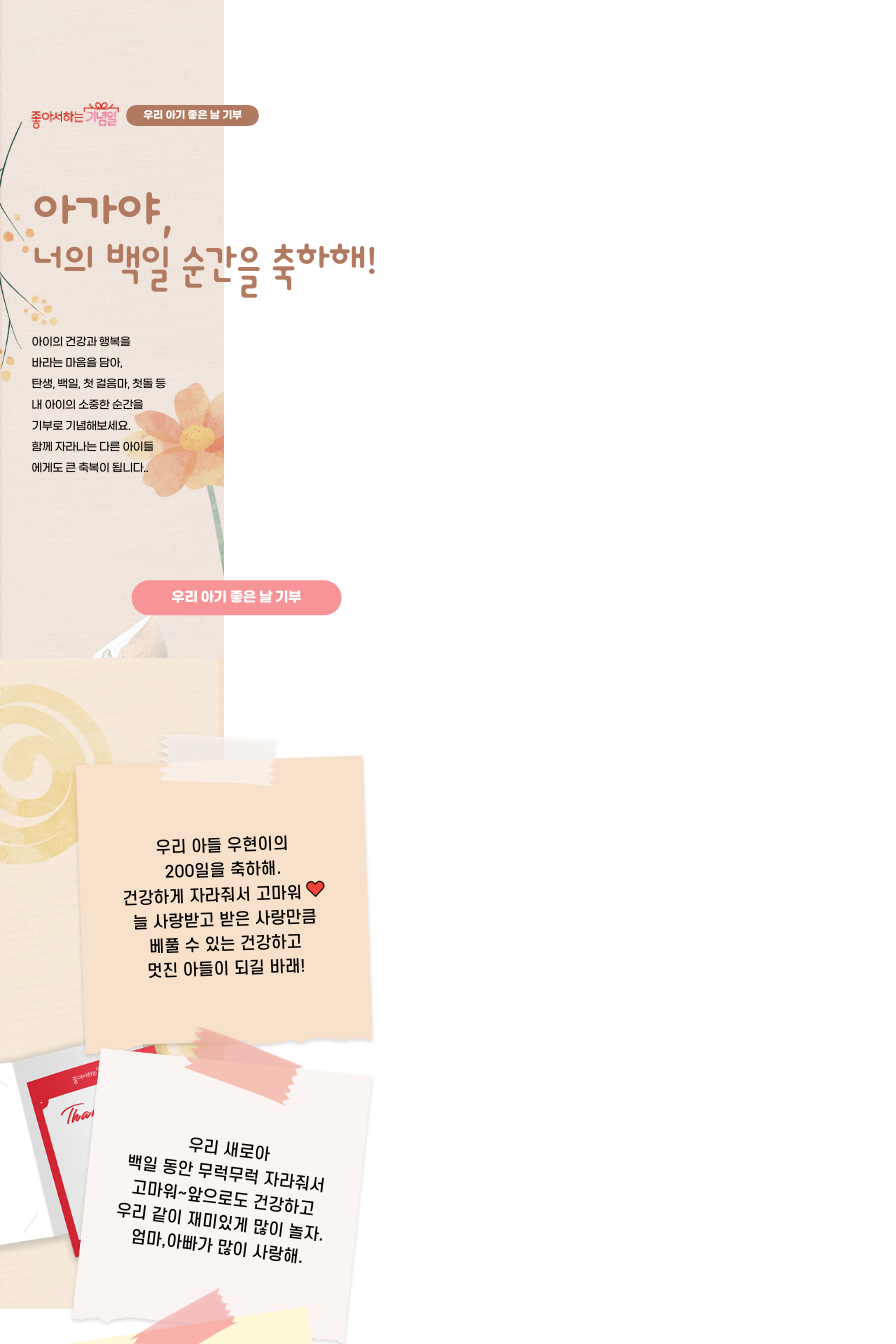
Repository: dlgywls1130/save_the_m320
Page: index.html
An editor plug-in stored every save of this project. The page is shown before and after the next save, followed by the edit.
The browser window is 1280 px wide. The pictures show the part of the page from y = 0 to 1920 px (the page is 9980 px tall before and 10040 px after), at 70% of full size.

Above is the page before, as saved 2023-12-13 21:03:17.

### index.html
<!DOCTYPE html>
<html lang="en">
<head>
    <meta charset="UTF-8">
    <meta name="viewport" content="width=device-width, initial-scale=1.0">
    <title>세이브더칠드런</title>

    <link rel="stylesheet" href="./css/reset.css">
    <link rel="stylesheet" href="./css/style.css">

</head>
<body>
    <div class="content_body">
        <section class="section_wrapper section01">
            <div class="se01 se_wrapper">
                <div class="se01_sub">
                    <div class="sub_logo">
                        <img src="./img/logo01.png" alt="logo">
                    </div>
                    <p>우리 아기 좋은 날 기부</p>
                </div>
                <p class="seo01_title">
                    아가야,
                </p>
                <p class="seo01_title_two">
                    너의 <span id="rollingText">탄생</span> 순간을 축하해!
                </p>
                <p class="section_descript mb-45">
                    아이의 건강과 행복을
                    <br>바라는 마음을 담아,
                    <br>탄생, 백일, 첫 걸음마, 첫돌 등
                    <br>내 아이의 소중한 순간을
                    <br>기부로 기념해보세요.
                    <br>함께 자라나는 다른 아이들
                    <br>에게도 큰 축복이 됩니다..
                </p>

                <a class="donation_link" href="javascript:void(0)">우리 아기 좋은 날 기부</a>
            </div>
        </section>
        <section class="section_wrapper section02">
            <div class="se02 se_wrapper">
                <div class="postit_wrapper">
                    <div class="postit postit01">
                        <p>우리 아들 우현이의<br>
                        200일을 축하해.<br>
                        <span>건강하게 자라줘서 고마워 <img src="./img/heart.png"></span>
                        늘 사랑받고 받은 사랑만큼<br>
                        베풀 수 있는 건강하고<br>
                        멋진 아들이 되길 바래!</p>
                    </div>
                    <div class="postit postit02">
                        <p>우리 새로아<Br>
                        백일 동안 무럭무럭 자라줘서<Br>
                        고마워~앞으로도 건강하고<Br>
                        우리 같이 재미있게 많이 놀자.<Br>
                        엄마,아빠가 많이 사랑해.</p>
                    </div>

                    <div class="postit postit05">
                        <p>사랑하는 도현이의<br>
                        첫 어린이날과 첫돌을<br>
                        기념하며, <br>
                        이웃을 사랑하는<br>
                        멋진 사람으로 자라길</p>

                    </div>
                    <div class="postit postit04">
                        <p>보미야<br>
                        첫 번째 생일 축하해<br>
                        너의 존재가 온 세상에<br>
                        봄이길 바랄게!   </p>
                    </div>

                    <div class="postit postit03">
                        <p>서진아<br>
                        우리에게 와줘서 고마워<br>
                        건강하고 행복하게 자라렴.<br>
                        사랑해♡      </p>
                    </div>

                </div>

            </div>
        </section>
        <section class="section_wrapper section03">
            <div class="se_wrapper se03">
                <div class="se_title_co">
                    아기의 좋은 날을<br> 기념해 주신 모든 분들께
                    <br>후원감사증서를 보내드립니다.
                </div>
                <div class="se_sub_co">
                    후원감사증서는<Br> 아기에게 남기고 싶은 메시지와 아기의 좋은 날이 담긴 사진을<br> 보관할 수 있도록
                    만들어드립니다.<br> 먼 훗날, 아기가 성장해 읽게 될 날을 그리며 편지를 써보세요.
                </div>
            </div>

        </section>
        <section class="section_wrapper section04">
            <div class="se_wrapper se04">
                <div class="se_title_co">
                    이름 자수 순면거즈블랭킷
                </div>
                <div class="se_sub_co">
                    30만원 이상 후원하신 분들께는 순면 거즈 아기 블랭킷(90*110)에
                    <Br>원하시는 이름(영문)을 예쁘게 수놓아 드립니다.
                </div>

                <div class="se04_slide mt-85">
                    <div class="se04_slide_list">
                        <img src="./img/slide03.jpg">
                    </div>
                    <div class="se04_slide_list">
                        <img src="./img/slide02.jpg">
                    </div>
                    <div class="se04_slide_list">
                        <img src="./img/slide01.jpg">
                    </div>
                </div>
            </div>
        </section>
        <section class="section_wrapper section05">
            <div class="se_wrapper se05">
                <div class="se_title_co">
                    후원신청 과정
                </div>


                <div class="se_sub_co">
                    30만원 이상 후원해 주신 경우,
                    <br>감사 선물 수령 주소 및 아기 블랭킷에 새겨질 문구 확인을 위한 문자가 발송됩니다.
                </div>

                <div class="se_step_list">
                    <div class="se_step">
                        <p class="step_number">1</p>
                        <div class="step_ico">
                            <img src="./img/icon01.png" alt="img">
                        </div>
                        <p class="step_descript">
                            후원신청하기
                        </p>
                    </div>
                    <div class="se_step">
                        <p class="step_number">2</p>
                        <div class="step_ico">
                            <img src="./img/icon02.png" alt="img">
                        </div>
                        <p class="step_descript">
                            후원감사증서
                            메시지 적기
                        </p>
                    </div>
                </div>
                <div class="se_step_list">
                    <div class="se_step">
                        <p class="step_number">3</p>
                        <div class="step_ico">
                            <img src="./img/icon03.png" alt="img">
                        </div>
                        <p class="step_descript">
                            신청완료
                        </p>
                    </div>
                    <div class="se_step">
                        <p class="step_number">4</p>
                        <div class="step_ico">
                            <img src="./img/icon04.png" alt="img">
                        </div>
                        <p class="step_descript">
                            후원감사증서 발송
                            (1주 이내)
                        </p>
                    </div>
                </div>


                <a class="donation_link" href="javascript:void(0)">우리 아기 좋은 날 기부</a>
            </div>

        </section>
        <section class="section_wrapper section06">
            <div class="se_wrapper se06">
                <div class="se_title_co">
                    후원금, 이렇게 쓰여요!
                </div>
                <div class="se_sub_co">
                    세이브더칠드런은 <Br><span>국내외 아동을 위한 교육,
                    <Br>보호, 보건영양지원,<Br> 아동권리옹호</span> 등의<Br> 활동을 해나가고 있습니다.
                </div>
                <div class="se_sub_co">
                    보내주신 후원금은<Br> 정치, 종교, 인종에 관계없이<Br> 모든 아이를 구해야 한다는
                    <Br>세이브더칠드런의 신념에 따라 <Br><span>가장 도움 필요한 아이를 위해 우선 사용</span>됩니다.
                </div>
            </div>

        </section>
        <section class="section_wrapper section07">
            <div class="se_wrapper se07">
                <div class="se_title_co">
                    FAQ
                </div>
                <div class="accordion">
                    <div class="accordion-item">
                        <h3 class="title">
                            <span>1. 30만원 이상 후원했습니다. <br>거즈 순면 블랭킷은 언제 오나요?</span>
                            <img src="./img/top.png">
                        </h3>
                        <p class="paragraph">
                            우리아기 축하기부로 30만원 이상 후원자님들께는 담요에 수놓을 아기 이름과
                            선물 수령 주소 확인을 위한 문자가 발송됩니다.
                            02-6900-4479로 발송되는 문자 속 설문조사에 답해주세요.
                            확인을 완료하신 분들께는 블랭킷 제작을 담당하고 있는 조니 스튜디오에서
                            아기 이름 자수 작업 완료 후 배송해 드립니다.

                        </p>
                    </div>
                    <div class="accordion-item">
                        <h3 class="title">
                            <span>2. 거즈 순면 블랭킷, 안전한 제품인가요?</span>
                            <img src="./img/top.png">
                        </h3>
                        <p class="paragraph">
                            본 블랭킷은 워싱된 3중 거즈로 제작되었으며, KC안전검사를 완료하였습니다.
                            소재 특성상 섬유 조각이 발생할 수 있어 망에 넣지 않고 3번 정도 물빨래 하시는 것을 권장합니다.

                        </p>
                    </div>
                    <div class="accordion-item">
                        <h3 class="title">
                            <span>3. 거즈 순면 블랭킷을 받았는 데 하자가 있어요. <Br>어떻게 해야 하나요? </span>
                            <img src="./img/top.png">
                        </h3>
                        <p class="paragraph">
                            070-4220-4123 (조니스튜디오 CS)로 전화 연락 부탁드립니다. 하자 물품에 대한 교환은 수령일로부터 7일 이내에 조니스튜디오에 연락해주셔야 하며, 이로 인한 후원금 환불은 어렵습니다.
                        </p>
                    </div>
                    <div class="accordion-item">
                        <h3 class="title">
                            <span>4. 후원감사증서에 넣을 수 있는 사진 사이즈는 <Br>얼마인가요?</span>
                            <img src="./img/top.png">
                        </h3>
                        <p class="paragraph">
                            사진 인화 사이즈 5*7 인치에 맞추어서 제작되었습니다.  그보다 작은 사진일 경우, 후원감사증서
                            내부의 주머니에 넣어 보관하실 수도  있습니다.

                        </p>
                    </div>
                </div>
            </div>

        </section>
        <section class="section_wrapper section08">
            <div class="se_wrapper se08">
                <div class="se08_postion">
                    <p class="se08_title">우리 아기 좋은 날 기부</p>
                    <p class="se08_descript">
                        탄생, 백일, 첫 걸음마, 첫돌...
                        <br>소중한 우리 아기의 성장을 기념해 보세요!
                        <br>아기의 좋은 날이 모여 세상의 행복이 됩니다.
                    </p>
                    <a href="javascript:void(0)" class="more_btn">
                        <p>자세히보기</p>
                        <svg xmlns="http://www.w3.org/2000/svg" width="16" height="16" fill="currentColor" class="bi bi-chevron-right" viewBox="0 0 16 16">
                            <path fill-rule="evenodd" d="M4.646 1.646a.5.5 0 0 1 .708 0l6 6a.5.5 0 0 1 0 .708l-6 6a.5.5 0 0 1-.708-.708L10.293 8 4.646 2.354a.5.5 0 0 1 0-.708z"/>
                        </svg>
                    </a>
                </div>

            </div>
        </section>
    </div>

    <script src="https://ajax.googleapis.com/ajax/libs/jquery/1.12.4/jquery.min.js"></script>
    <script src="./js/main.js"></script>
</body>
</html>

### css/reset.css


html, body, div, span, applet, object, iframe,
h1, h2, h3, h4, h5, h6, p, blockquote, pre,
a, abbr, acronym, address, big, cite, code,
del, dfn, em, img, ins, kbd, q, s, samp,
small, strike, strong, sub, sup, tt, var,
b, u, i, center,
dl, dt, dd, ol, ul, li,
fieldset, form, label, legend,
table, caption, tbody, tfoot, thead, tr, th, td,
article, aside, canvas, details, embed,
figure, figcaption, footer, header, hgroup,
menu, nav, output, ruby, section, summary,
time, mark, audio, video {
	margin: 0;
	padding: 0;
	border: 0;
	font-size: 100%;
	font: inherit;
	vertical-align: baseline;
}

article, aside, details, figcaption, figure,
footer, header, hgroup, menu, nav, section {
	display: block;
}
body {
	line-height: 1;
}
ol, ul {
	list-style: none;
}
blockquote, q {
	quotes: none;
}
blockquote:before, blockquote:after,
q:before, q:after {
	content: '';
	content: none;
}
table {
	border-collapse: collapse;
	border-spacing: 0;
}

### css/style.css

/* root */
:root{
    --main-color:#B17A60;
    --pink-color:#F79497;
}


/* font */

/* dongle */
@font-face {
    font-family: 'Dongle';
    font-weight: 300;
    src: url('../font/Dongle-Light.ttf') format('ttf'),
    url('../font/Dongle-Light.woff') format('woff');
}

@font-face {
    font-family: 'Dongle';
    font-weight: 500;
    src: url('../font/Dongle-Regular.ttf') format('ttf'),
    url('../font/Dongle-Regular.woff') format('woff');
}

@font-face {
    font-family: 'Dongle';
    font-weight: 700;
    src: url('../font/Dongle-Bold.ttf') format('ttf'),
    url('../font/Dongle-Bold.woff') format('woff');
}


/* Gmarket */
@font-face {
    font-family: 'GmarketSans';
    font-weight: 300;
    src: url('../font/GmarketSansLight.ttf') format('ttf'),
    url('../font/GmarketSansLight.woff') format('woff');
}

@font-face {
    font-family: 'GmarketSans';
    font-weight: 500;
    src: url('../font/GmarketSansMedium.ttf') format('ttf'),
    url('../font/GmarketSansMedium.woff') format('woff');
}

@font-face {
    font-family: 'GmarketSans';
    font-weight: 700;
    src: url('../font/GmarketSansBold.ttf') format('ttf'),
    url('../font/GmarketSansBold.woff') format('woff');
}


/* nanumsqure */

@font-face {
    font-family: 'NanumSquare';
    font-weight: 400;
    src: url('../font/NanumSquareL.ttf') format('ttf'),
    url('../font/NanumSquareL.woff') format('woff');
}

@font-face {
    font-family: 'NanumSquare';
    font-weight: 500;
    src: url('../font/NanumSquareR.ttf') format('ttf'),
    url('../font/NanumSquareR.woff') format('woff');
}

@font-face {
    font-family: 'NanumSquare';
    font-weight: 600;
    src: url('../font/NanumSquareB.ttf') format('ttf'),
    url('../font/NanumSquareB.woff') format('woff');
}

@font-face {
    font-family: 'NanumSquare';
    font-weight: 700;
    src: url('../font/NanumSquareEB.ttf') format('ttf'),
    url('../font/NanumSquareEB.woff') format('woff');
}



/* scdream5 */
@font-face {
    font-family: 'SCDream5';
    src: url('../font/SCDream5.woff') format('woff'),
    url('../font/SCDream5.ttf') format('ttf'),
    url('../font/SCDream5.otf') format('otf');
}


.section_wrapper{
    max-width:640px;
    width: 100%;

}

.se_wrapper{
    max-width: 640px;
    width: 100%;
    position: relative;
    box-sizing: border-box;
}


/* section01 */


.section01{
    background: url('../img/back01.jpg') no-repeat;
    height: 940px;

}

.se01{
    padding: 145px 10px 92px 45px;
    box-sizing: border-box;
}
.se01_sub{
    display: flex;
    align-items: center;
    margin-bottom: 70px;
}

.sub_logo{
    width: 125px;
    height: 40px;
    margin-right: 10px;
}

.sub_logo img{
    width: 100%;
    height: 100%;
    object-fit: contain;
}

.se01_sub p{
    width: 190px;
    height: 30px;
    background: #B17A60;
    border-radius: 15px;
    display: flex;
    align-items: center;
    justify-content: center;
    letter-spacing: -0.03em;
    font-size: 15px;
    font-weight: 700;
    font-family: 'GmarketSans',sans-serif;
    color: #fff;
}

.seo01_title{
    font-family: 'Dongle',sans-serif;
    font-weight: 500;
    font-size: 120px;
    color: var(--main-color);
    letter-spacing: -0.03em;
}

.seo01_title_two{
    font-family: 'Dongle',sans-serif;
    font-weight: 500;
    font-size: 90px;
    color: var(--main-color);
    letter-spacing: -0.03em;
    margin-top: -7%;
    margin-bottom: 50px;
    display: flex;
    align-items: center;
    white-space: nowrap;
}

.seo01_title_two span{
    margin: 0 1rem;
}
.section_descript{
    font-size: 20x;
    line-height: 30px;
    font-family: 'GmarketSans';
    font-weight: 500;
    letter-spacing: -0.03em;
    color: #000;
}

.donation_link{
    width: 300px;
    height: 50px;
    border-radius: 100px;
    display: flex;
    align-items: center;
    justify-content: center;
    background: var(--pink-color);
    color: #fff;
    font-family: 'GmarketSans';
    font-size: 20px;
    font-weight: 700;
    letter-spacing: -0.03em;
    text-decoration: none;
    margin: 145px auto 0;
}


@keyframes roll {
    from {
        transform: translateY(40%);
        opacity: 0;
    }
    to {
        transform: translateY(0);
        opacity: 1;
    }
  }


  #rollingText.animate-text {
    animation: roll 0.5s ease-in-out;
}

/* section02 */

.section02{
    height: 2800px;
    background: url('../img/back02.jpg') no-repeat;
}

.se02{
    box-sizing: border-box;
    height: 100%;
}
.postit_wrapper{
    width: 100%;
    padding: 76px 60px 96px;
    position: relative;
    display: flex;
    flex-direction: column;
    align-items: center;
    box-sizing: border-box;
}

.ex_text{
    font-family: 'GmarketSans';
    font-size: 20px;
    font-weight: 500;
    letter-spacing: -0.03em;
}


.postit p img{
    width: 26px;
    height: 26px;
    object-fit: contain;
}
.postit p{
    font-family: 'SCDream5';
    font-size: 23px;
    line-height: 35px;
    text-align: center;
    display: flex;
    justify-content: center;
    align-items: center;
    flex-direction: column;
    height: 100%;
}

.postit01{
    background:url('../img/post04.png') no-repeat;
    width: 520px;
    height: 520px;
    background-size: contain;
    box-sizing: border-box;
}

.postit01 p{
    transform: rotate(358deg);
    padding-top: 20px;
}

.postit02{
    background: url('../img/post05.png') no-repeat;
    width: 510px;
    height: 510px;
    background-size: contain;
    box-sizing: border-box;
    margin-top: -19%;
}

.postit02 p{
    transform: rotate(7deg);
    padding-top: 20px;
}

.postit03{
    background:url('../img/post02.png') no-repeat;
    width: 459px;
    height: 459px;
    background-size: contain;
    box-sizing: border-box;
    margin-top: -25%;
    transform: rotate(-14deg);
}

.postit03 p{
    transform: rotate(-7deg);
    padding-top: 20px;
}

.postit04{
    background: url(../img/post03.png) no-repeat;
    width: 440px;
    height: 440px;
    background-size: cover;
    box-sizing: border-box;
    margin-top: -24%;
    transform: rotate(14deg);
}

.postit04 p{
    transform: rotate(7deg);
}

.postit05{
    background:url('../img/post01.png') no-repeat;
    width: 460px;
    height: 460px;
    background-size: contain;
    box-sizing: border-box;
    margin-top: -22%;
}

.postit05 p{
    transform: rotate(-9deg);
    padding-top: 20px;
}

/* section03 */

.section03{
    height: 1200px;
    background: url('../img/back03.jpg') no-repeat;
}

.se03{
    padding: 200px 60px 96px;
    box-sizing: border-box;
    height: 100%;
}


.se_title_co{
    font-size: 80px;
    line-height: 80px;
    letter-spacing: -0.03em;
    font-family: 'Dongle';
    font-weight: 500;
    color: var(--main-color);
    text-align: center;
}

.se_sub_co{
    font-size: 20px;
    letter-spacing: -0.03em;
    line-height: 30px;
    font-family: 'GmarketSans';
    font-weight: 500;
    text-align: center;
    margin-top: 30px;
}

/* section04 */

.section04{
    height: 1740px;
    background: url('../img/back04.jpg') no-repeat;
}

.se04{
    padding: 80px 0 130px;
    box-sizing: border-box;
    height: 100%;
}

.se04_slide{
    margin: 60px auto 0;
    padding: 0 60px;
}


.se04_slide_list{
    width: 520px;
    height: 440px;
    border-radius: 9px;
    margin-bottom: 25px;
}

.se04_slide_list img{
    width:100%;
height: 100%;
object-fit: cover;
border-radius: 15px;
}
/* section05 */
.section05{
    height: 1000px;
    background: url('../img/back05.jpg') no-repeat;
}

.se05{
    padding: 80px 60px 140px;
    box-sizing: border-box;
    height: 100%;
}

.se_step_list{
    display: flex;
    align-content: center;
    margin-top: 20px;
    position: relative;
    flex-wrap: wrap;
    justify-content: space-between;
}


.se_step_list .se_step{
    position: relative;
    display: flex;
    flex-direction: column;
    align-items: center;
}

.step_number{
    font-size: 25px;
    letter-spacing: -0.03em;
    line-height: 35px;
    font-weight: 700;
    font-family: 'GmarketSans';
    position: absolute;
    left: 19%;
    top: 0;
    color: var(--main-color);
    z-index: 2;
}

.se_step_list .se_step .step_ico{
    width: 200px;
    height: 200px;
    border-radius: 50%;
    background-color: #fff;
    display: flex;
    align-items: center;
    justify-content: center;
    position: relative;
    z-index: 1;
}

.se_step_list .se_step .step_ico img {
    width: 138px;
    height: 138px;
    object-fit: contain;
    object-position: 73%;
}

.step_descript{
    font-size: 20px;
    letter-spacing: -0.03em;
    line-height: 23px;
    font-weight: 500;
    font-family: 'GmarketSans';
    text-align: center;
    margin-top: 20px;
    color: var(--main-color);
}


.section05 .donation_link{
    margin: 70px auto 0;
}


/* section06 */
.section06{
    height:800px;
    background: url('../img/back06.jpg') no-repeat;
}

.se06{
    padding: 155px 0;
    height: 100%;
    box-sizing: border-box;
}


.se_sub_co span{
    font-weight: 700;
}
/* section07 */

.section07{
    height:1000px;
    background: url('../img/back07.jpg') no-repeat;
}

.se07{
    padding: 100px 0;
    height: 100%;
    box-sizing: border-box;
}


.accordion{
    margin-top: 38px;
}
.accordion-item {
    padding:15px 30px;
    margin: 0;
    overflow: hidden;
}

.accordion-item .title {
    display: flex;
    justify-content: space-between;
    align-items: center;
    font-weight: 700;
    font-size: 20px;
    line-height: 30px;
    letter-spacing: -0.03em;
    cursor: pointer;
    width: 100%;
    height: 100px;
    border-radius: 50px;
    background-color: #fff;
    color: var(--main-color);
    padding: 0 50px;
    font-family: 'GmarketSans';
    box-sizing: border-box;
    text-indent: -10px;
}

.accordion-item .title img {
    font-size: 0.9rem;
    color: #454545;
    transform: rotate(0);
    transition: transform 0.15s ease;
}

.accordion-item .paragraph {
    font-weight: 500;
    font-size: 20px;
    letter-spacing: -0.03em;
    color: #000;
    display: none;
    padding: 30px 35px 15px;
    list-style: inside;
    line-height: 30px;
    font-family: 'GmarketSans';
}

.accordion-item .paragraph .indent{
    text-indent: 1rem;
}


.accordion-item .paragraph span{
    font-weight: bold;
}

.accordion-item.active .title img{
    transform: rotate(180deg);
}

.accordion-item.active .paragraph {
    display: block;
}


/* section08 */

.section08{
    height:500px;
    background: url('../img/banner.jpg') no-repeat;
}
.se08{
    position: relative;
    height: 100%;
}

.se08_postion{
    display: flex;
    align-items: center;
    justify-content: center;
    flex-direction: column;
    height: 100%;
}

.se08_title{
    font-family: 'NanumSquare';
    font-weight: 600;
    font-size: 30px;
    letter-spacing: -0.05em;
    line-height: 50px;
    position: relative;
    text-align: center;
    margin-bottom: 30px;
}



.se08_descript{
    font-family: 'NanumSquare';
    font-weight: 500;
    font-size: 20px;
    line-height: 30px;
    letter-spacing: -0.05em;
    text-align: center;
}

.more_btn{
    margin-top: 38px;
    width: 150px;
    height: 40px;
    background: #543F2C;
    display: flex;
    align-items: center;
    justify-content: center;
    text-decoration: none;
}

.more_btn p{
    font-family: 'NanumSquare';
    font-weight: 500;
    font-size: 18px;
    color: #fff;

}

.more_btn svg{
    fill: #fff;
}

Loaded but not shown: js/main.js (46 lines, source omitted)

After the next save:
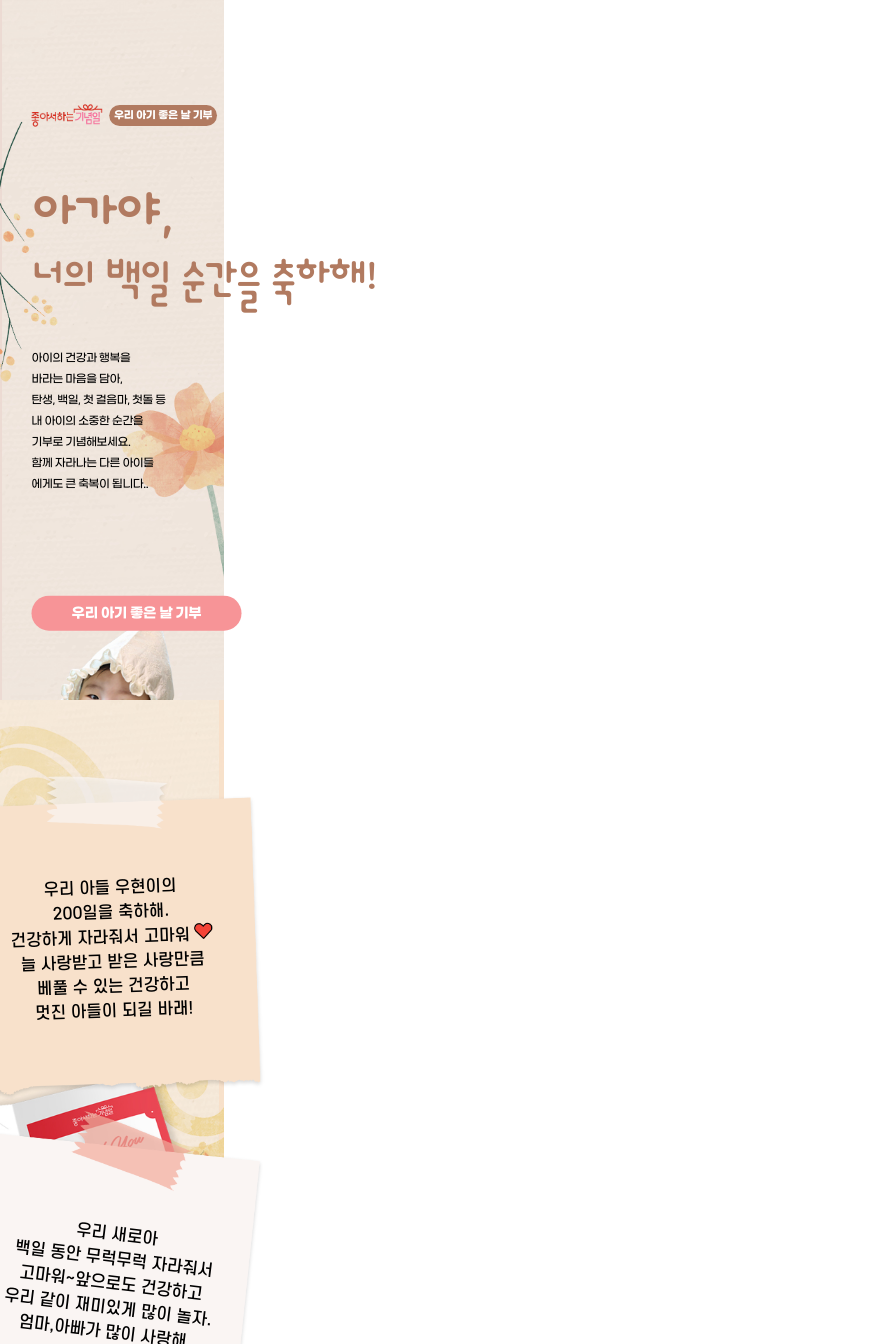
Saved 7 days later.
--- a/css/style.css
+++ b/css/style.css
@@ -96,13 +96,13 @@
 
 
 .section_wrapper{
-    max-width:640px;
+    max-width:320px;
     width: 100%;
 
 }
 
 .se_wrapper{
-    max-width: 640px;
+    max-width: 320px;
     width: 100%;
     position: relative;
     box-sizing: border-box;
@@ -114,7 +114,7 @@
 
 .section01{
     background: url('../img/back01.jpg') no-repeat;
-    height: 940px;
+    height: 1000px;
 
 }
 
